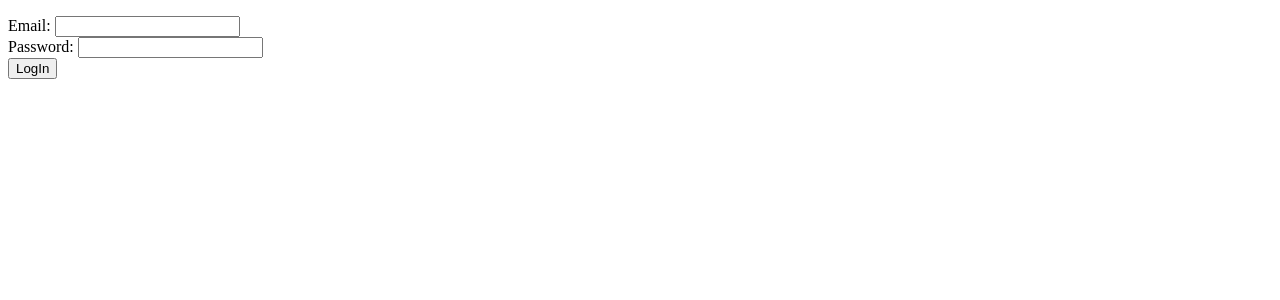
Repository: MayukhBR13/antwalk_classes
Page: LogInAssignment080223/src/main/webapp/index.html
The author's editor kept a copy of each file at every save. The page is drawn from the files as they stood at one save, then again after the next save.
The browser window is 1280 px wide. The pictures show the whole page.

Above is the page before, as saved 2023-02-08 09:03:29.

After the next save:
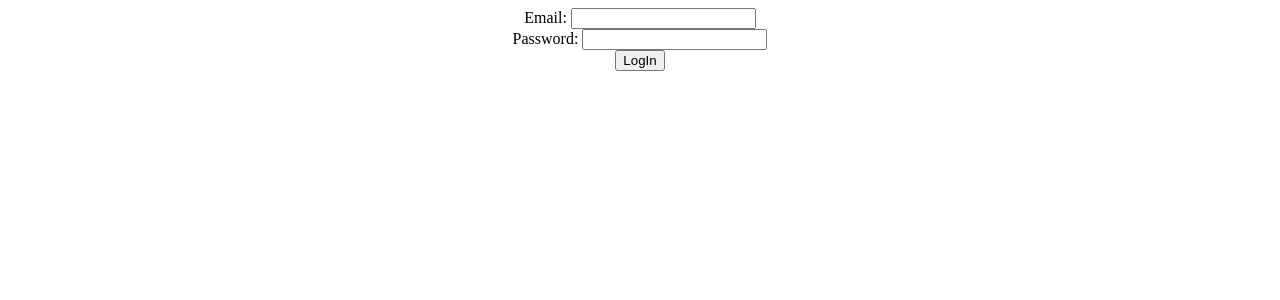
Saved 2 min 58 s later.
--- a/LogInAssignment080223/src/main/webapp/index.html
+++ b/LogInAssignment080223/src/main/webapp/index.html
@@ -6,13 +6,13 @@
 </head>
 <body>
 
-<p>
+<center>
 	<form action="login.jsp">
 		Email:    <input type="text" name="email"><br>
 		Password: <input type="password" name="password"><br>
 		<input type="submit" value="LogIn">
 	</form>
-</p>
+</center>
 
 </body>
 </html>
